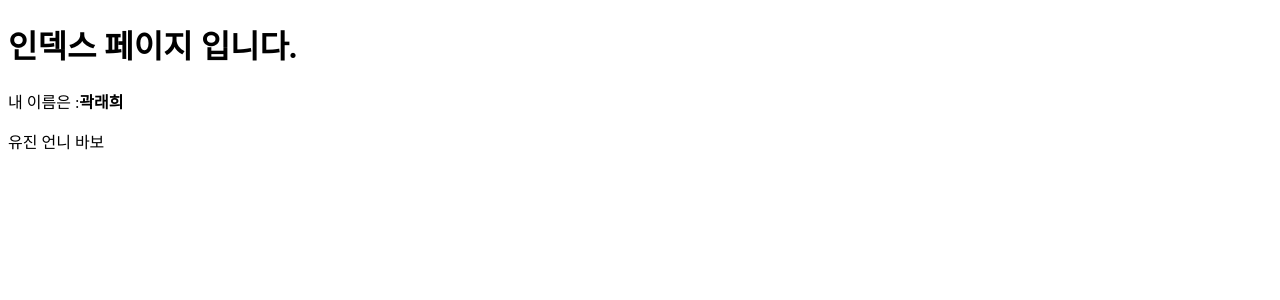
Repository: raehui/web_work
Page: Hello/src/main/webapp/index.html
These files come from the project's save history. The page is drawn as it stood at one moment and after the next save; the edit follows.
The browser window is 1280 px wide. The pictures show the whole page.

Above is the page before, as saved 2025-01-02 07:16:21.

### Hello/src/main/webapp/index.html
<!DOCTYPE html>
<html>
<head>
<meta charset="UTF-8">
<title>index.html</title>
</head>
<body>
	<h1>인덱스 페이지 입니다.</h1>
	<p>내 이름은 :<strong>곽래희</strong></p>
	<p>유진 언니 바보</p>
</body>
</html>

After the next save:
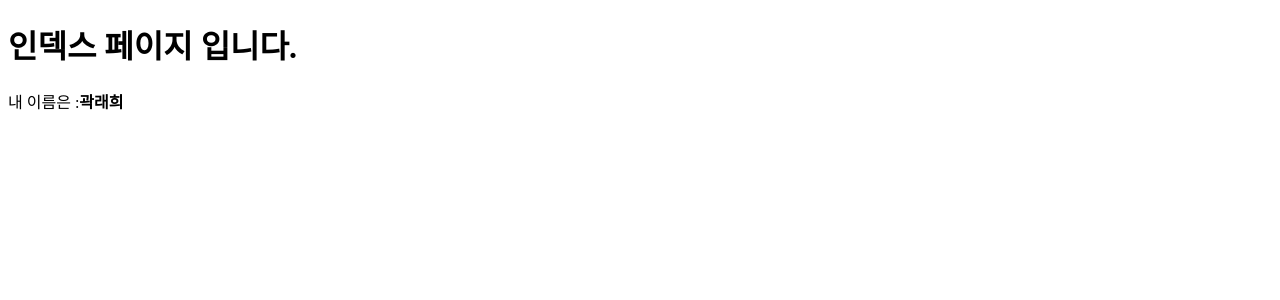
Saved 30 min 16 s later.
--- a/Hello/src/main/webapp/index.html
+++ b/Hello/src/main/webapp/index.html
@@ -7,6 +7,6 @@
 <body>
 	<h1>인덱스 페이지 입니다.</h1>
 	<p>내 이름은 :<strong>곽래희</strong></p>
-	<p>유진 언니 바보</p>
+
 </body>
 </html>
